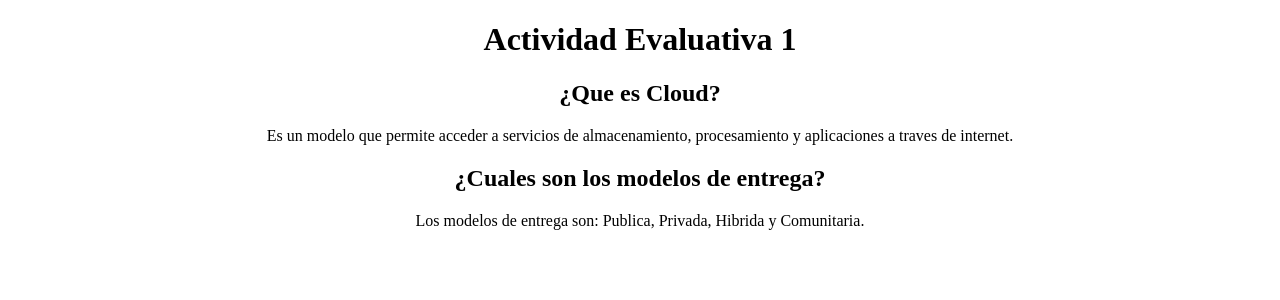
Repository: Laura-Oliveros/Actividad-Evaluativa-1
Page: LauSebas.html
These files come from the project's save history. The page is drawn as it stood at one moment and after the next save; the edit follows.
The browser window is 1280 px wide. The pictures show the whole page.

Above is the page before, as saved 2025-09-04 18:50:36.

After the next save:
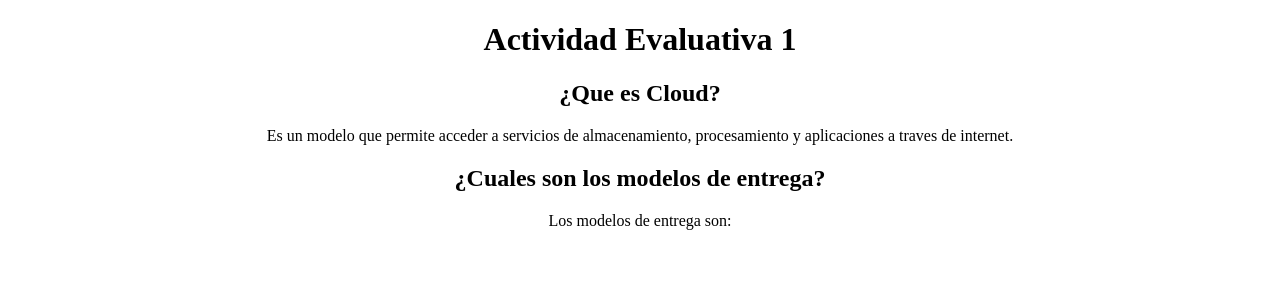
Saved 4 s later.
--- a/LauSebas.html
+++ b/LauSebas.html
@@ -14,7 +14,7 @@
 
     <div class="contenedor" style="text-align: center;">
         <h2>¿Cuales son los modelos de entrega?</h2>
-        <p>Los modelos de entrega son: Publica, Privada, Hibrida y Comunitaria.</p>
+        <p>Los modelos de entrega son: </p>
 
 </body>
 </html>
